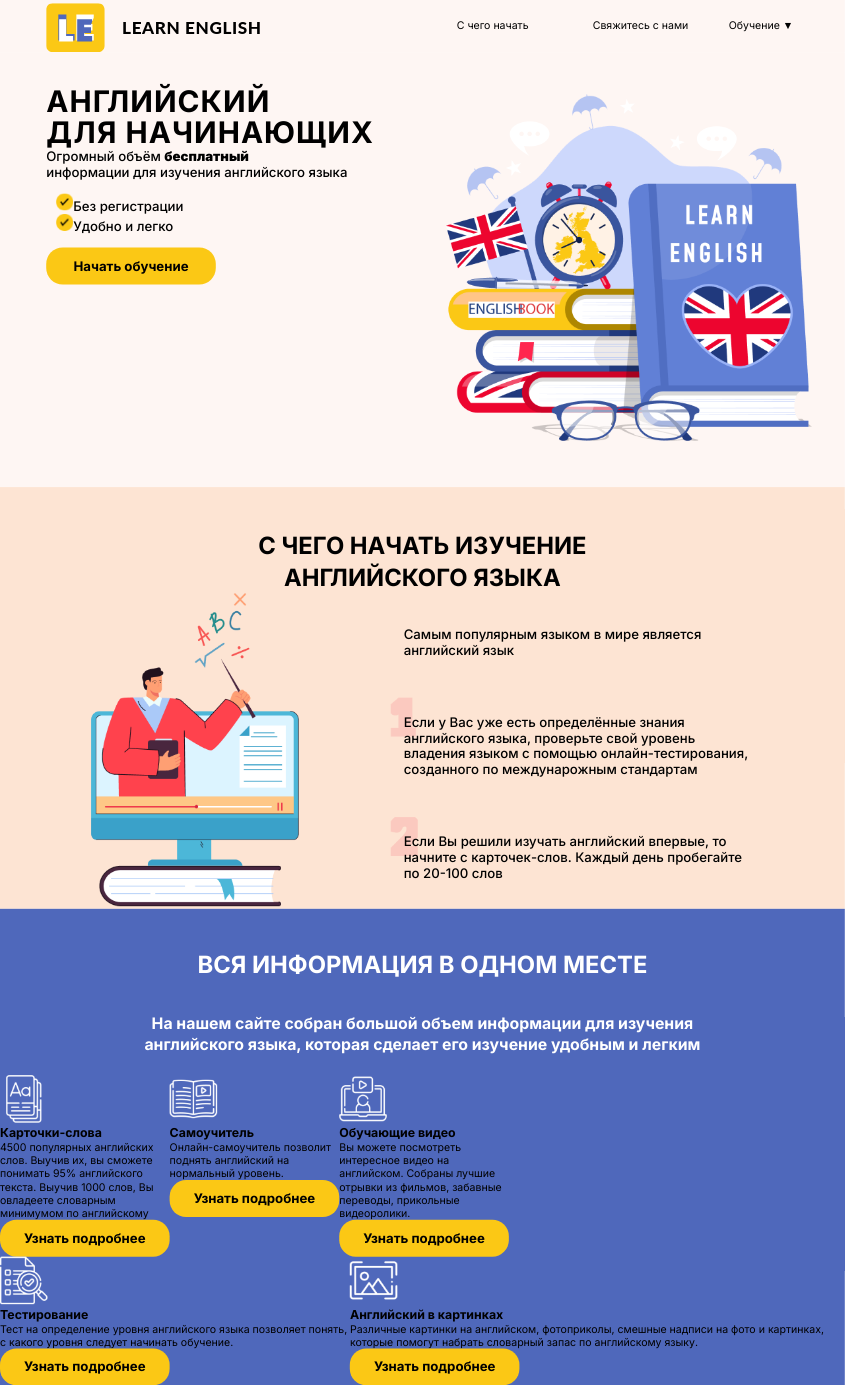
Repository: WladimirVA/Diplom
Page: scool/index.html
An editor plug-in stored every save of this project. The page is shown before and after the next save, followed by the edit.
The browser window is 1280 px wide. The pictures show the whole page, at 66% of full size.

Above is the page before, as saved 2023-07-06 20:03:41.

### scool/index.html
<!DOCTYPE html>
<html lang="en">
<head>
    <meta charset="UTF-8">
    <meta name="viewport" content="width=device-width, initial-scale=1.0">
    <link href="./css/index.css" rel="stylesheet" type="text/css">
    <link href="../static/css/fonts.css" rel="stylesheet" type="text/css">
    <link rel="icon" sizes="16x16" href="./img/Vector.svg" type="image/x-icon">
    <title>Learn english</title>
</head>
<body>
    <header class="header" di="HOME">
        <div class="section">
            <div class="section-header">
                <div class="logo">
                    <img src="./img/Vector.svg">
                    <p>Learn english</p>
                </div>
                <div>

                    <ul class="ddropdownn">
                        <li class="ddropdownn-top">
                        <a class="ddropdownn-top" href="#">С чего начать</a>
                        </li>
                        <li class="ddropdownn-top">
                            <a class="ddropdownn-top" href="#">Свяжитесь с нами</a>
                        </li>
                        <li class="ddropdownn-top">
                        <a class="ddropdownn-top" href="#">Обучение &#9660;</a>
                            <ul class="ddropdownn-inside">
                                <li><a href="/">Карточки-слова</a></li>
                                <li><a href="/">Самоучитель</a></li>
                                <li><a href="/">Видео</a></li>
                                <li><a href="/">Тестирование</a></li>
                                <li><a href="/">Картинки</a></li>
                            </ul>
                        </li>

                    </ul>

                    <!-- <ul class="header-nav">
                        <li><a class="link" href="#ADVAN_TEST">С чего начать</a></li>
                        <li><a class="link" href="#LANGUAGE_LEVELS">Обучение &#9660;</a></li>
                        <li><a class="link" href="mailto:Vorobeyenglish@ya.ru">Свяжитесь с нами</a></li>
                         <li><a class="link" href="#">О проекте</a></li>
                    </ul> -->
                </div>
            </div>
        </div>
    </header>
    <main>
        <section class="BEGINNES">
            <div class="section">
                <div class="content-beginners">
                    <div class="beginners-inf">
                        <h1>Английский <br>для начинающих</h1>
                        <p>Огромный объём <span  style="font-weight:900"> бесплатный <br></span> информации для изучения английского языка</p>
                        <div>
                            <ul class="home_ul">
                                <li class="home_li"><img class="check" src="./img/Иконка _Галочка_ 3.svg">Без регистрации</li>
                                <li class="home_li"><img class="check" src="./img/Иконка _Галочка_ 3.svg">Удобно и легко</li>
                            </ul>
                        </div>
                        <div class="buttonsHome">
                            <form action="#" method="post">
                                <button class="button_home">Начать обучение</button>
                            </form>
                        </div>
                    </div>
                    <div class="beginners-img">
                        <img src="./img/BACKGROUND.png" alt="foto">
                    </div>
                </div>
            </div>
        </section>
        <section class="LEARNING">
            <div class="section">
                <div class="content-learning">
                    <h1>С чего начать изучение<br> английского языка</h1>
                        <div class="learning">
                            <div class="img-learning">
                                <img src="./img/Group 31.png" alt="foto">
                            </div>
                            <div class="learning-text">
                                <div>
                                    <p class="popular">Самым популярным языком в мире является английский язык</p>
                                </div>
                                <div class="learning-text-img">
                                    <img src="./img/1.png" alt="number1">
                                    <p>Если у Вас уже есть определённые знания английского языка, проверьте свой уровень владения языком с помощью онлайн-тестирования, созданного по междунарожным стандартам</p>
                                </div>
                                <div class="learning-text-img">
                                    <img src="./img/2.png" alt="number2">
                                    <p>Если Вы решили изучать английский впервые, то начните с карточек-слов. Каждый день пробегайте по 20-100 слов</p>
                                </div>
                            </div>
                        </div>
                </div>
            </div>
        </section>
        <section class="INFORMATION">
            <div class="section">
                <div class="content-information">
                    <div class="information-text">
                        <h1>Вся информация в одном месте</h1>
                        <p>На нашем сайте собран большой объем информации для изучения <br> английского языка, которая сделает его изучение удобным и легким</p>
                    </div>
                </div>
                <div class="information">
                    <div class="information1">
                        <div class="a">
                            <img src="./img/Mask group.png" alt="foto">
                            <h3>Карточки-слова</h3>
                            <p>4500 популярных английских слов. Выучив их, вы сможете понимать 95% английского текста. Выучив 1000 слов,
                                Вы овладеете словарным минимумом по английскому</p>
                            <form action="#" method="post">
                                <button class="button_home">Узнать подробнее</button>
                            </form>
                        </div>
                        <div class="b">
                            <img src="./img/Mask group2.png" alt="foto">
                            <h3>Самоучитель</h3>
                            <p>Онлайн-самоучитель позволит поднять английский на нормальный уровень.</p>
                            <form action="#" method="post">
                                <button class="button_home">Узнать подробнее</button>
                            </form>
                        </div>
                        <div class="c">
                            <img src="./img/Mask group3.png" alt="foto">
                            <h3>Обучающие видео</h3>
                            <p>Вы можете посмотреть интересное видео на английском. Собраны лучшие отрывки из фильмов, забавные переводы, прикольные видеоролики.</p>
                            <form action="#" method="post">
                                <button class="button_home">Узнать подробнее</button>
                            </form>
                        </div>
                    </div>
                    <div class="information2">
                        <div class="d">
                            <img src="./img/Mask group4.png" alt="foto">
                            <h3>Тестирование</h3>
                            <p>Тест на определение уровня английского языка позволяет понять, с какого уровня следует начинать обучение.</p>
                            <form action="#" method="post">
                                <button class="button_home">Узнать подробнее</button>
                            </form>
                        </div>
                        <div class="e">
                            <img src="./img/Mask group5.png" alt="foto">
                            <h3>Английский в картинках</h3>
                            <p>Различные картинки на английском, фотоприколы, смешные надписи на фото и картинках, которые помогут набрать словарный запас по английскому языку.</p>
                            <form action="#" method="post">
                                <button class="button_home">Узнать подробнее</button>
                            </form>
                        </div>
                    </div>
                </div>
            </div>
        </section>
    </main>

</body>
</html>

### scool/css/index.css
body {
    scroll-behavior: smooth;
    align-items: center;
    width: 100%;
    max-width: 1366px;
    margin: auto;
    font-family: 'Inter', 'Work Sans', "NunitoSans-Light", Arial, Helvetica, sans-serif;
}
* {
    margin: 0;
    padding: 0;
}

.logo {
    display: flex;
    align-items: center;
}

.logo p {
    font-family: Lato;
    font-size: 26px;
    font-weight: 800;
    line-height: 48px;
    letter-spacing: 0.035em;
    text-align: left;
    text-transform: uppercase;
    padding-left: 1em;
}

/* .link {
    font-family: Inter;
    font-size: 16px;
    font-weight: 500;
    line-height: 20px;
    letter-spacing: 0em;
    padding-right: 60px;
    text-decoration: none;
    color: #000000;


}

.header-nav {
    display: flex;
    list-style-type: none;
    padding-top: 20px;
} */
/* Стили выпадающего списка */
ul.ddropdownn li {/* Считаем координаты относительно исходного места. */
    position: relative; }
ul.ddropdownn, ul.ddropdownn-inside {
    /* Отступы на нуле. */
    padding: 0;
    /* Маркеры уберем. */
    list-style-type: none;
    }
ul.ddropdownn-inside {
    /* Спрячем дочерние элементы выпадающего списка. */
    left: -9999px;
    position: absolute;
    }
ul.ddropdownn li.ddropdownn-top {
    /* Небольшой отступ. */
    margin: 20px 1px 0 0;
    /* Выравнивание по левой стороне. */
    float: left;
    display: inline;
    }
ul.ddropdownn li.ddropdownn-top a {
    /* Делаю элементы блочными. */
    display: block;
    /* Снова отступы. */
    padding: 3px 30px 4px;
    text-decoration: none;
    color: black;
    font-family: Inter;
    width: 145px;
    }
/* ul.ddropdownn a.ddropdownn-top {/* Цвет фона. */ background: #FEF6F3; } */
ul.ddropdownn a.ddropdownn-top:hover {/* Отступы. */ padding: 13px 20px 4px; }
ul.ddropdownn li.ddropdownn-top:hover .ddropdownn-inside {
    left: 0;
    /* Делаю элементы блочными. */
    display: block;
    }
ul.ddropdownn .ddropdownn-inside {/* Цвет фона. */ background: #FEF6F3; }
ul.ddropdownn .ddropdownn-inside a:hover {/* Цвет фона изменится при наведении. */
    background: #FEF6F3; }


@media screen and (max-width: 745px) {
    .header-nav {
        display: block;
        padding-top: 0px;
    }
}


.section-header {
    display: flex;
    justify-content: space-between;
    background-color: #FEF6F3;
    padding: 5px 0px 0 70px;

}

.BEGINNES {
    background: #FEF6F3;
}

.content-beginners {
    display: flex;
    justify-content: space-between;
}

.beginners-inf {
    padding: 50px 0 0 70px;
}

.beginners-inf h1 {
    font-family: Inter;
    font-size: 44px;
    font-weight: 700;
    line-height: 48px;
    letter-spacing: -0.08em;
    text-align: left;
    text-transform: uppercase;
    font-family: Inter;
    font-size: 45px;
    font-weight: 700;
    line-height: 48px;
    letter-spacing: 0.035em;
    text-align: left;
}

.beginners-img img {
    width: 100%;
    height: auto;
}
.content-beginners {
    font-family: Inter;
    font-size: 22px;
    font-weight: 700;
    line-height: 24px;
    letter-spacing: 0em;
    text-align: left;

    font-family: Inter;
    font-size: 22px;
    font-weight: 500;
    line-height: 24px;
    letter-spacing: 0em;
    text-align: left;

    font-family: Inter;
    font-size: 20px;
    font-weight: 500;
    line-height: 24px;
    letter-spacing: 0em;
    text-align: left;
}

.home_ul {
    list-style-type: none;
    padding: 20px 0 20px 0;
}

.check {
    margin-left: 15px;
}

.button_home {
    font-family: Inter;
    font-size: 20px;
    font-weight: 700;
    line-height: 24px;
    letter-spacing: 0em;
    text-align: center;
    background:#FBC815;
    border-style: none;
    border-radius: 25px;
    width: 257px;
    height: 56px;
}

.LEARNING {
    background: #FDE4D3;
}

.learning {
    display: flex;
    justify-content: space-evenly;
}

.img-learning img {
    width: 100%;
    height: auto;
}

.content-learning h1 {
    text-align: center;
    text-transform: uppercase;
    font-family: Inter;
    font-size: 36px;
    font-weight: 700;
    line-height: 48px;
    letter-spacing: 0em;
    text-align: center;
    padding-top: 65px;

}

.popular {
    margin-left: 20px;
}

.learning-text {
    max-width: 550px;
    margin-top: 50px;
}

.learning-text p {
    font-family: Inter;
    font-size: 20px;
    font-weight: 500;
    line-height: 24px;
    letter-spacing: 0em;
    text-align: left;
}

.learning-text-img {
    margin-top: 60px;
}

.learning-text-img p {
    margin: -38px 0 0 20px;
}

.INFORMATION {
    background: #4F68BB;
}

.information-text {
    text-align: center;
    color: #FFFFFF;
    /* max-width: 932px; */
}


.content-information h1 {
    font-family: Inter;
    font-size: 36px;
    font-weight: 700;
    line-height: 48px;
    letter-spacing: 0em;
    text-align: center;
    text-transform: uppercase;
    padding: 60px 0 50px 0;
}

.content-information p {
    font-family: Inter;
    font-size: 24px;
    font-weight: 700;
    line-height: 32px;
    letter-spacing: 0em;
    text-align: center;
}

/* .information {
    margin: 0 0 0 30px;
    display: grid;
    grid-template-columns: 0px 10%;
    grid-template-areas: "f f f i i i b b"
                         "f f f i i i b b"
                         "f f f i i i b b"
                         "o o o o o n n n"
                         "o o o o o n n n"
                         "o o o o o n n n";
}
.a { grid-area: f; }
.b { grid-area: i; }
.c { grid-area: b; }
.d { grid-area: o; }
.e { grid-area: n; }

.information-wer {
    margin: 30px 0 0 0;
    max-width: 270px;
} */

.information1 {
    display: flex;
    margin: 30px 0 0 0;
    max-width: 270px;
}

.information2 {
    display: flex;
}

### static/css/fonts.css
/* @import url('https://fonts.googleapis.com/css2?family=Work+Sans:ital,wght@0,600;0,800;1,800&display=swap'); */


/* @import url('https://fonts.googleapis.com/css2?family=Inter:wght@400;500;600;700;800&family=Work+Sans:ital,wght@0,600;0,800;1,800&display=swap'); */


@import url('https://fonts.googleapis.com/css2?family=Inter:wght@100;200;300;400;500;600;700;800;900&display=swap');

@import url('https://fonts.googleapis.com/css2?family=Inter:wght@100;200;300;400;500;600;700;800;900&family=Work+Sans:ital,wght@0,100;0,200;0,300;0,400;0,500;0,600;0,700;0,800;0,900;1,100;1,200;1,300;1,400;1,500;1,600;1,700;1,800;1,900&display=swap');

After the next save:
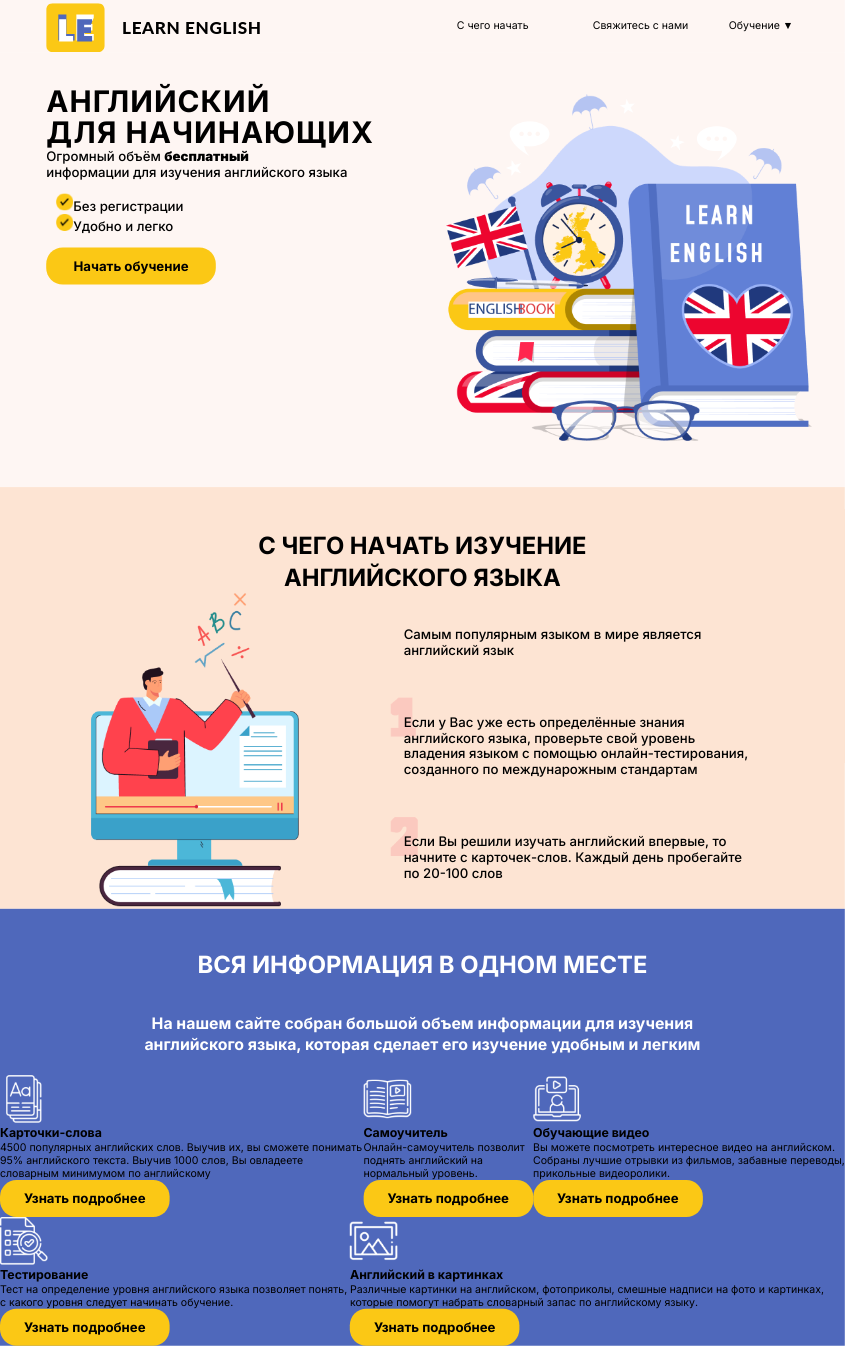
Saved 101 s later.
--- a/scool/css/index.css
+++ b/scool/css/index.css
@@ -292,7 +292,6 @@ ul.ddropdownn .ddropdownn-inside a:hover {/* Цвет фона изменитс
 .information1 {
     display: flex;
     margin: 30px 0 0 0;
-    max-width: 270px;
 }
 
 .information2 {
